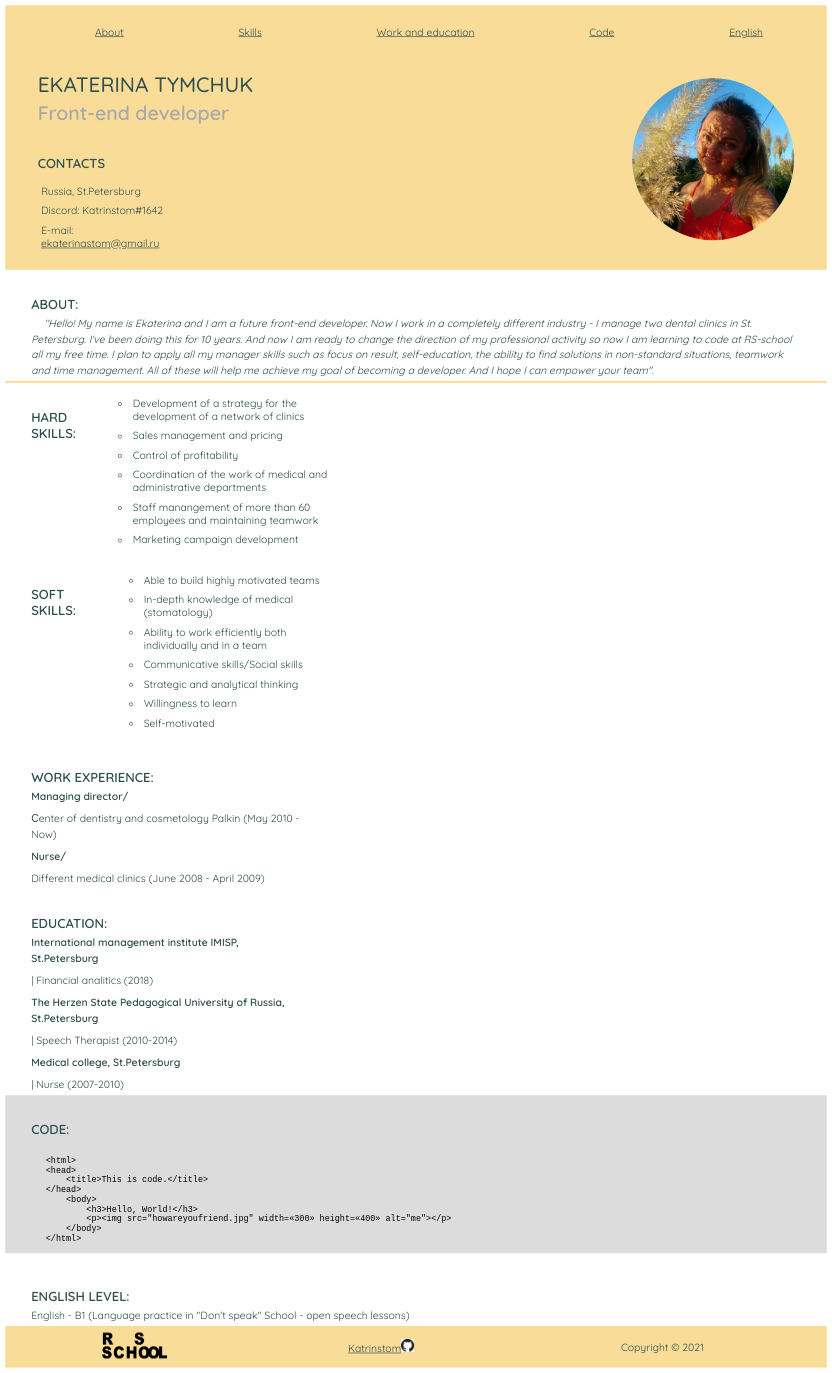
Repository: Katrinstom/rsschool-cv
Page: index.html
An editor plug-in stored every save of this project. The page is shown before and after the next save, followed by the edit.
The browser window is 1280 px wide. The pictures show the whole page, at 65% of full size.

Above is the page before, as saved 2022-01-02 20:08:46.

After the next save:
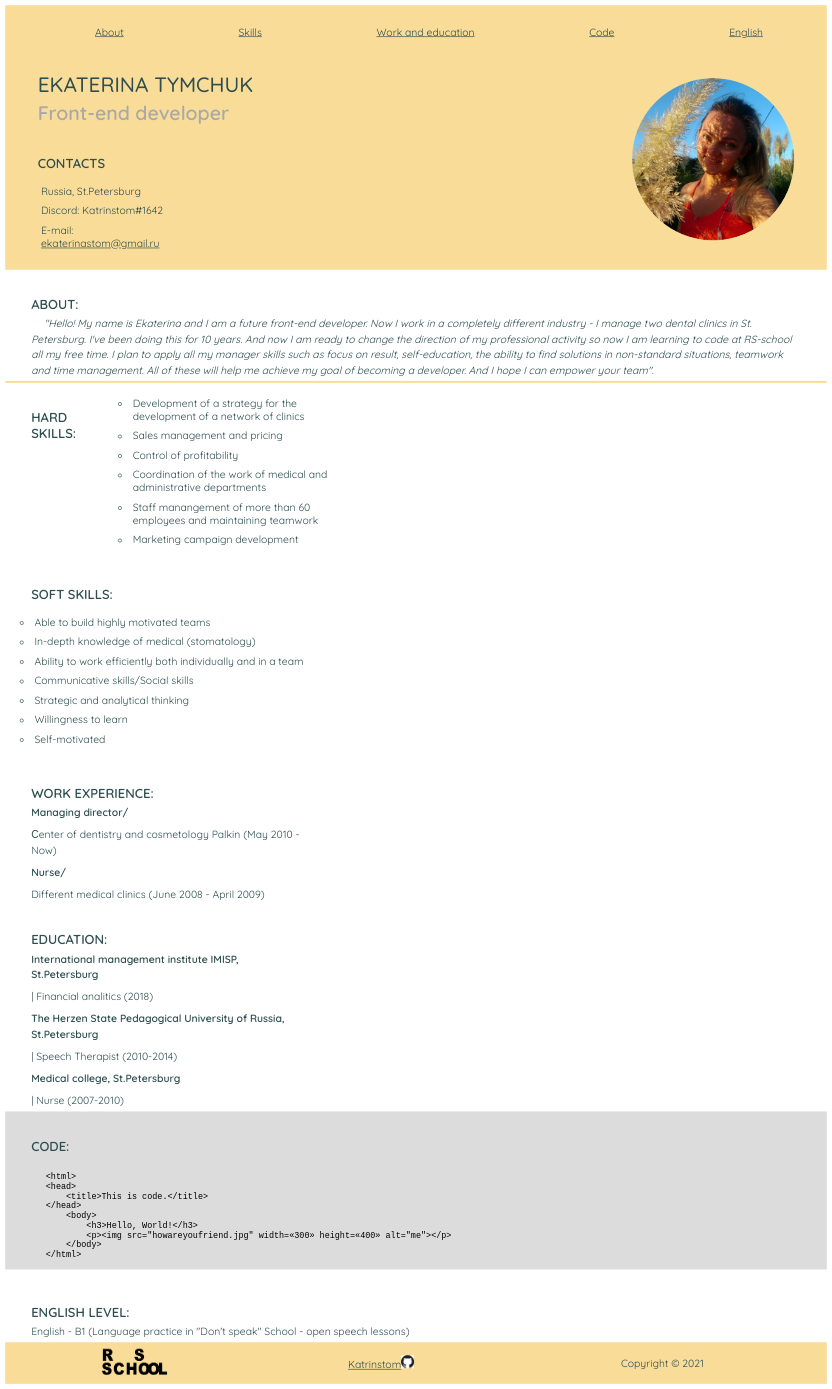
Saved 2 s later.
--- a/index.html
+++ b/index.html
@@ -50,7 +50,7 @@
                     <li>Marketing campaign development</li>
                 </ul>
             </div>
-            <div class="skills" id="skills">
+            <div class="skills2" id="skills">
                 <h4>Soft skills:</h4>
                 <ul>
                     <li>Able to build highly motivated teams</li>
@@ -64,6 +64,7 @@
             </div>
         </section>
         <section>
+            <div style="clear:both"></div>
             <div class="workandeducation" id="workandeducation">
                 <h4>Work experience:</h4>
                 <b>Managing director/</b>
